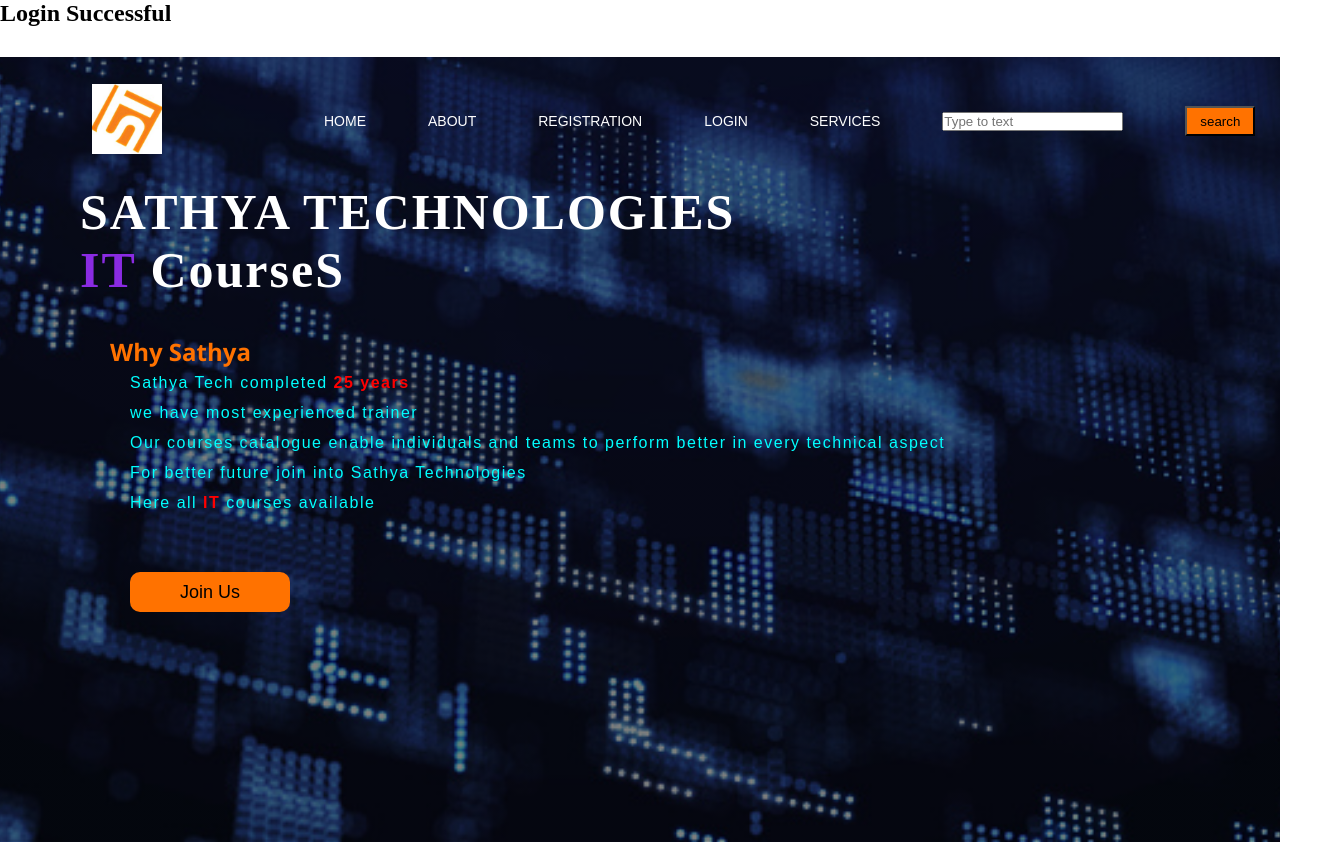
Repository: sainath0323/Website-design-using-J2EE
Page: http://localhost/AdvanceJavaApplication/loginsuccess.jsp
The author's editor kept a copy of each file at every save. The page is drawn from the files as they stood at one save, then again after the next save.
The browser window is 1280 px wide. The page is 1317 px wide, so the pictures cover 1317 px, including what lies to the right of the window. The pictures show the whole page.
The page is served by Tomcat 9. Other server files are loaded and not shown.

Above is the page before, as saved 2023-04-26 06:45:31.

### AdvanceJavaApplication/src/main/webapp/loginsuccess.jsp
<%@ page language="java" contentType="text/html"%>
<!DOCTYPE html>
<html>
<head>
<meta charset="ISO-8859-1">
<title>Insert title here</title>
</head>
<body>
<h2 >Login Successful</h2>
<jsp:include page="index.html"></jsp:include>
</body>
</html>

### AdvanceJavaApplication/src/main/webapp/index.html
<!DOCTYPE html>
<html lang="en">
<head>

<title>sathya technologies</title>
<link rel="stylesheet" href="index.css">
</head>
<body>
	<div class="main">
		<div class="navbar">

			<div class="menu">
				<ul>
					<li><img src="logo.jpeg" alt="sathya"></li>
					<li><a href="#">HOME</a></li>
					<li><a href="">ABOUT</a></li>
					<li><a href="registration.html">REGISTRATION</a></li>
					<li><a href="login.html">LOGIN</a></li>
					<li><a href="#">SERVICES</a></li>
					<li><input type="search" name="" placeholder="Type to text"></li>
					<li><a href="#"><button class="btn">search</button></a></li>
					<li></li>

				</ul>
			</div>
			<br>

			<div class="content">
				<h1>
					SATHYA TECHNOLOGIES<br> <span style="color: blueviolet;">IT</span>
					CourseS
				</h1>
				<br> <br>
				<h2>Why Sathya</h2>
				<p>
					Sathya Tech completed <b style="color: red;">25 years</b> <br>we
					have most experienced trainer <br> Our courses catalogue
					enable individuals and teams to perform better in every technical
					aspect <br>For better future join into Sathya Technologies <br>
					Here all <b style="color: red;">IT</b> courses available
				</p>
				<br> <br> <br>
				<a href="#"><button class="cn">Join Us</button></a>
			</div>

		</div>
	</div>
</body>
</html>

### AdvanceJavaApplication/src/main/webapp/index.css
*{
    margin: 0;
    padding: 0;
}

.main{
    width: 100%;
    background:linear-gradient(to top,rgba(0,0,0,0.5)50%,rgba(0,0,0,0.5)50%),url(websiteimage.jpg)50%;
    background-position: center;
    background-size: cover;
    height: 109vh;
}

.navbar{
    width: 1200px;
    height: 20px;
    margin: 30px;
}


.menu{
width: 400px;
float: left;
height: 70px;
}

ul{
    float: left;
    display: flex;
    justify-content: center;
    align-items: center;
}
ul li{
    list-style: none;
    margin-left: 62px;
    margin-top: 27px;
    font-size: 14px;

}
ul li img{
    height: 70px;
    margin-top: 0%;
    padding-right:100px;
    padding: left 5px;;
}
ul li a{
    text-decoration: none;
    color: #fff;
    font-family: Arial;
    transition: 0.4s ease-in-out;

}
ul li a .btn{
    background-color:#ff7200;
    height: 30px;
    width: 70px;
}

ul li a:hover{
    color: orange;
}
.content{
    width: 1200px;
    height: auto;
    margin: auto;
    color: #fff;
    position: relative;

}
.content p{
    color: aqua;
    padding-left:100px;
    font-family: Arial;
    letter-spacing: 1.5px;
    line-height: 30px;

}
.content h1{
    font-family: 'Times New Roman';
    font-size: 50px;
    padding-left: 50px;
    margin-top: 9%;
    letter-spacing: 2px;
}
.content h2{
    padding-left:  80px;
 color: #ff7200;
 font-family:'Segoe UI', Tahoma, Geneva, Verdana, sans-serif ;

}
.content .cn{
    width: 160px;
    height: 40px;
    background:#ff7200;
    border: none;
    margin-bottom: 10px;
    margin-left: 100px;
    font-size: 18px;
    border-radius: 10px;
    cursor: pointer;

}
.conntent.cn a{
    text-decoration: none;
    color: #000;
    transition: .3s ease;
}
.cn:hover{
    background-color: #fff;
}
.conntent span{
    color: #ff7200;
    font-size: 60px;

}
.main2{
    width: 100%;
    background:linear-gradient(to top,rgba(0,0,0,0.5)50%,rgba(0,0,0,0.5)50%),url(logo.jpeg)50%;
    background-position: center;
    background-size: cover;
    height: 109vh;
}
.navbar{
    width: 1200px;
    height: 20px;
    margin: 30px;
}

After the next save:
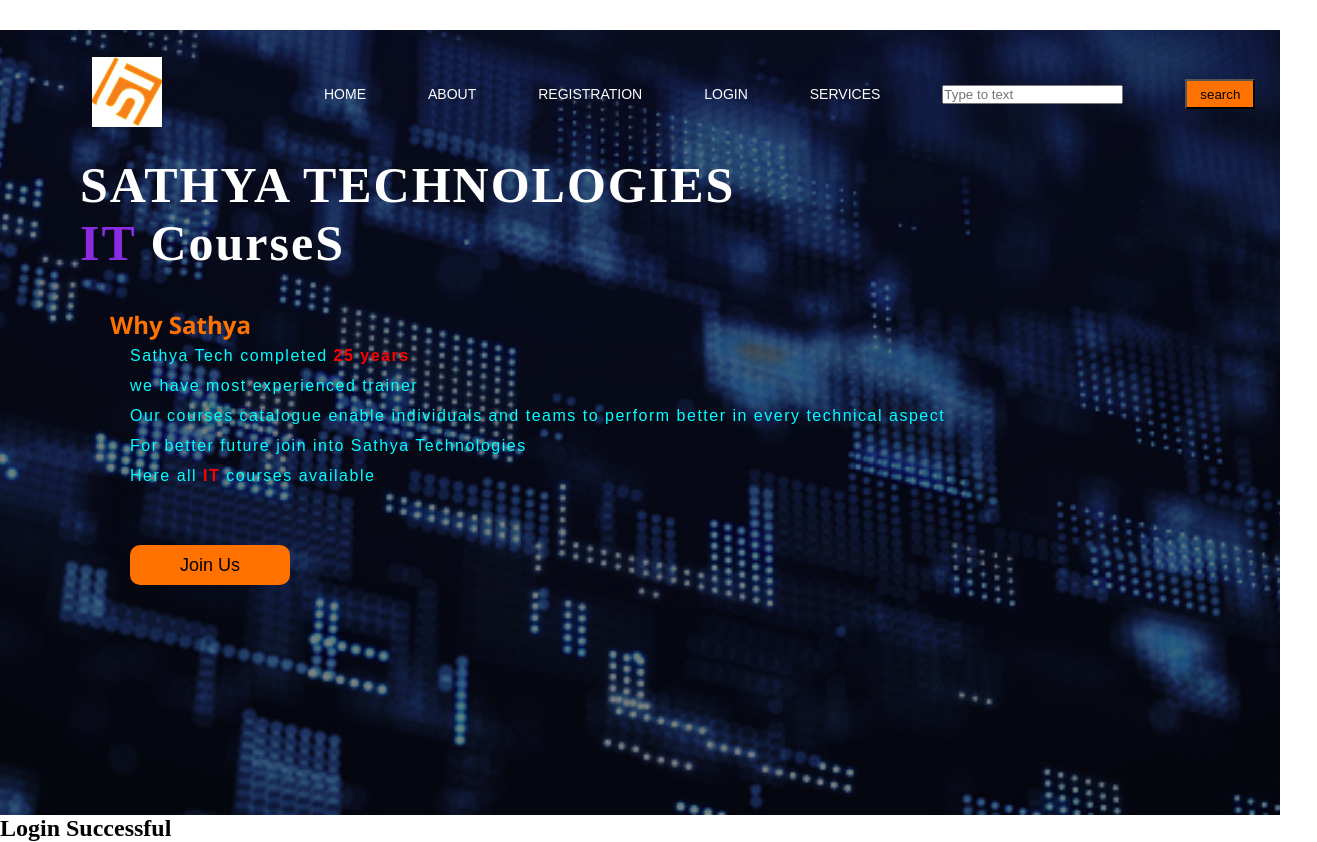
Saved 74 s later.
--- a/AdvanceJavaApplication/src/main/webapp/loginsuccess.jsp
+++ b/AdvanceJavaApplication/src/main/webapp/loginsuccess.jsp
@@ -6,7 +6,7 @@
 <title>Insert title here</title>
 </head>
 <body>
+<jsp:include page="index.html"></jsp:include>
 <h2 >Login Successful</h2>
-<jsp:include page="index.html"></jsp:include>
 </body>
 </html>
